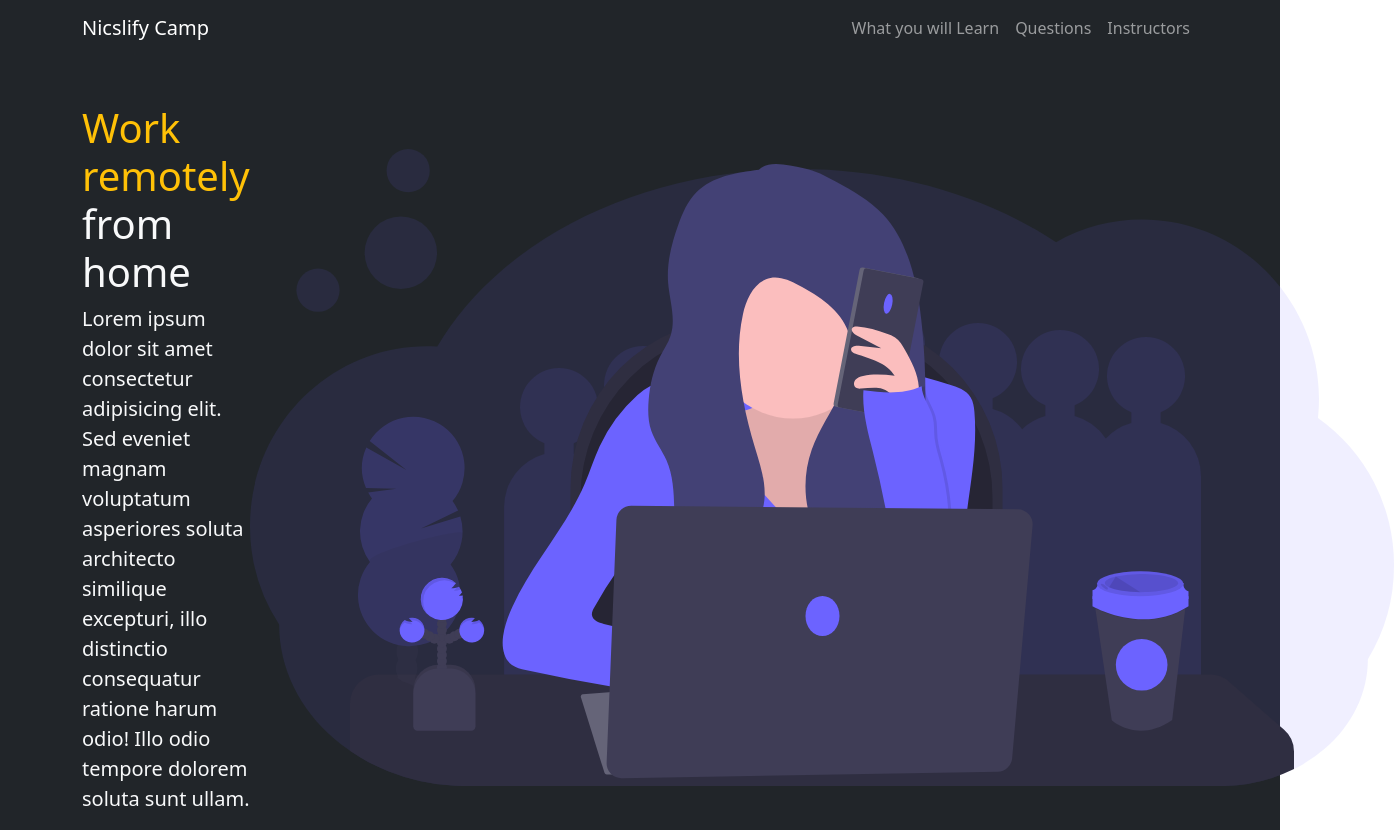
Repository: Eugene44-hub/enrollment-site
Page: index.html
The author's editor kept a copy of each file at every save. The page is drawn from the files as they stood at one save, then again after the next save.
The browser window is 1280 px wide. The page is 1394 px wide, then 1280 px, then 1394 px, so the pictures cover 1394 px, including what lies to the right of the window. The pictures show the whole page.

Above is the page before, as saved 2021-10-19 18:19:04.

After the next save:
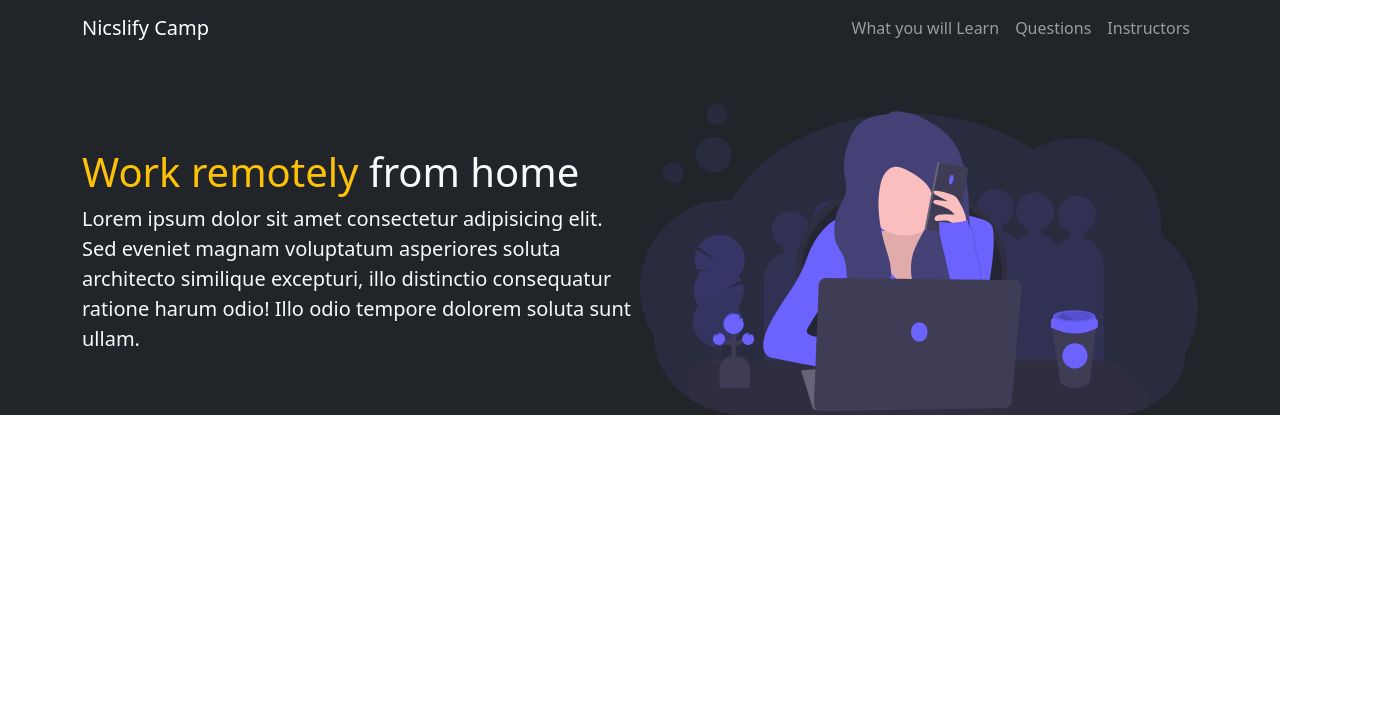
Saved 4 s later.
--- a/index.html
+++ b/index.html
@@ -47,7 +47,7 @@
                     <div class="h1 "><span class="text-warning">Work remotely</span> from home</div>
                     <p class="lead">Lorem ipsum dolor sit amet consectetur adipisicing elit. Sed eveniet magnam voluptatum asperiores soluta architecto similique excepturi, illo distinctio consequatur ratione harum odio! Illo odio tempore dolorem soluta sunt ullam.</p>
                 </div>
-                <img src="undraw_working_remotely_jh40.svg" class="image-fluid w-49 d-none d-sm-block" alt="">
+                <img src="undraw_working_remotely_jh40.svg" class="image-fluid w-50 d-none d-sm-block" alt="">
             </div>
         </div>
     </section>

After the save that followed:
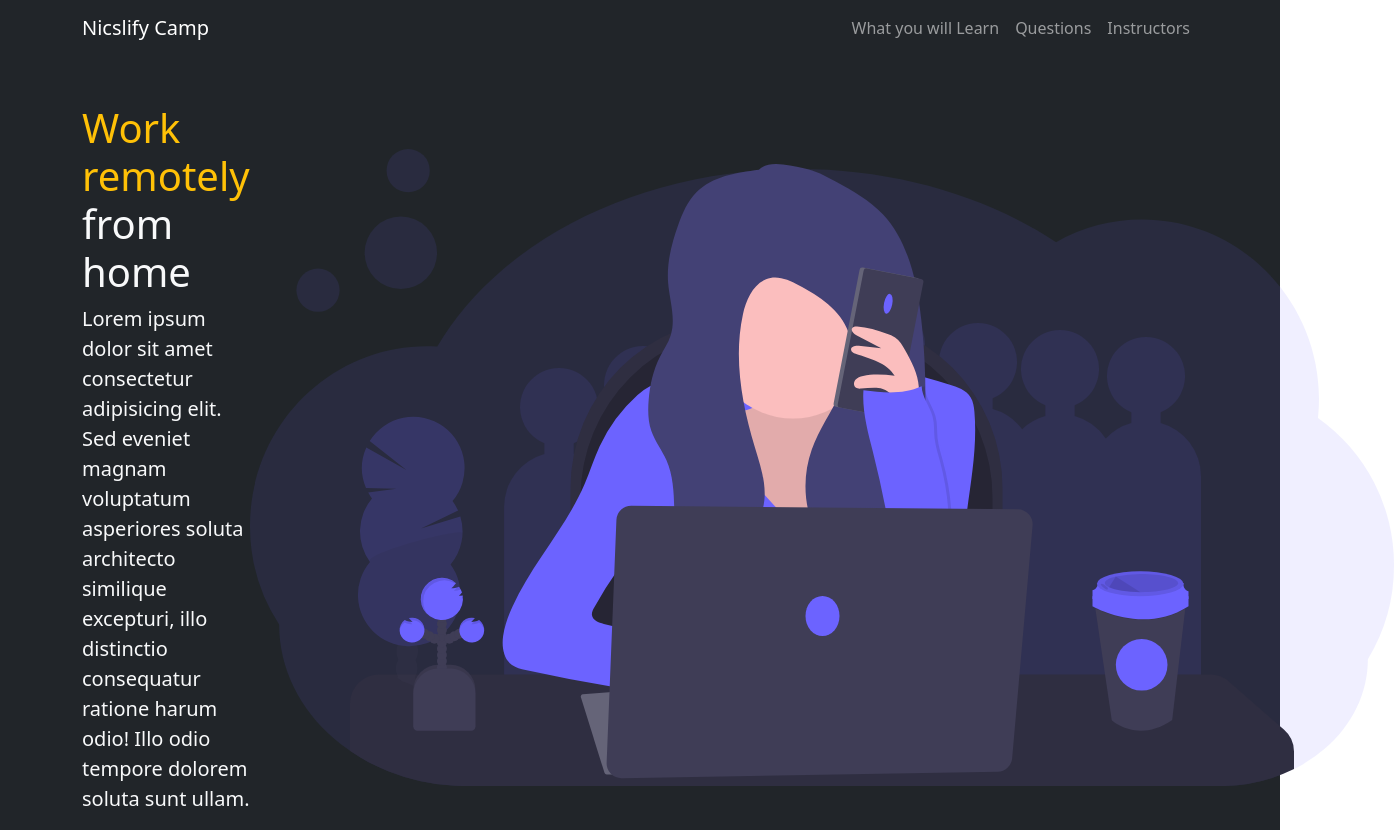
Saved 11 s later.
--- a/index.html
+++ b/index.html
@@ -47,7 +47,7 @@
                     <div class="h1 "><span class="text-warning">Work remotely</span> from home</div>
                     <p class="lead">Lorem ipsum dolor sit amet consectetur adipisicing elit. Sed eveniet magnam voluptatum asperiores soluta architecto similique excepturi, illo distinctio consequatur ratione harum odio! Illo odio tempore dolorem soluta sunt ullam.</p>
                 </div>
-                <img src="undraw_working_remotely_jh40.svg" class="image-fluid w-50 d-none d-sm-block" alt="">
+                <img src="undraw_working_remotely_jh40.svg" class="image-fluid w-45 d-none d-sm-block" alt="">
             </div>
         </div>
     </section>
